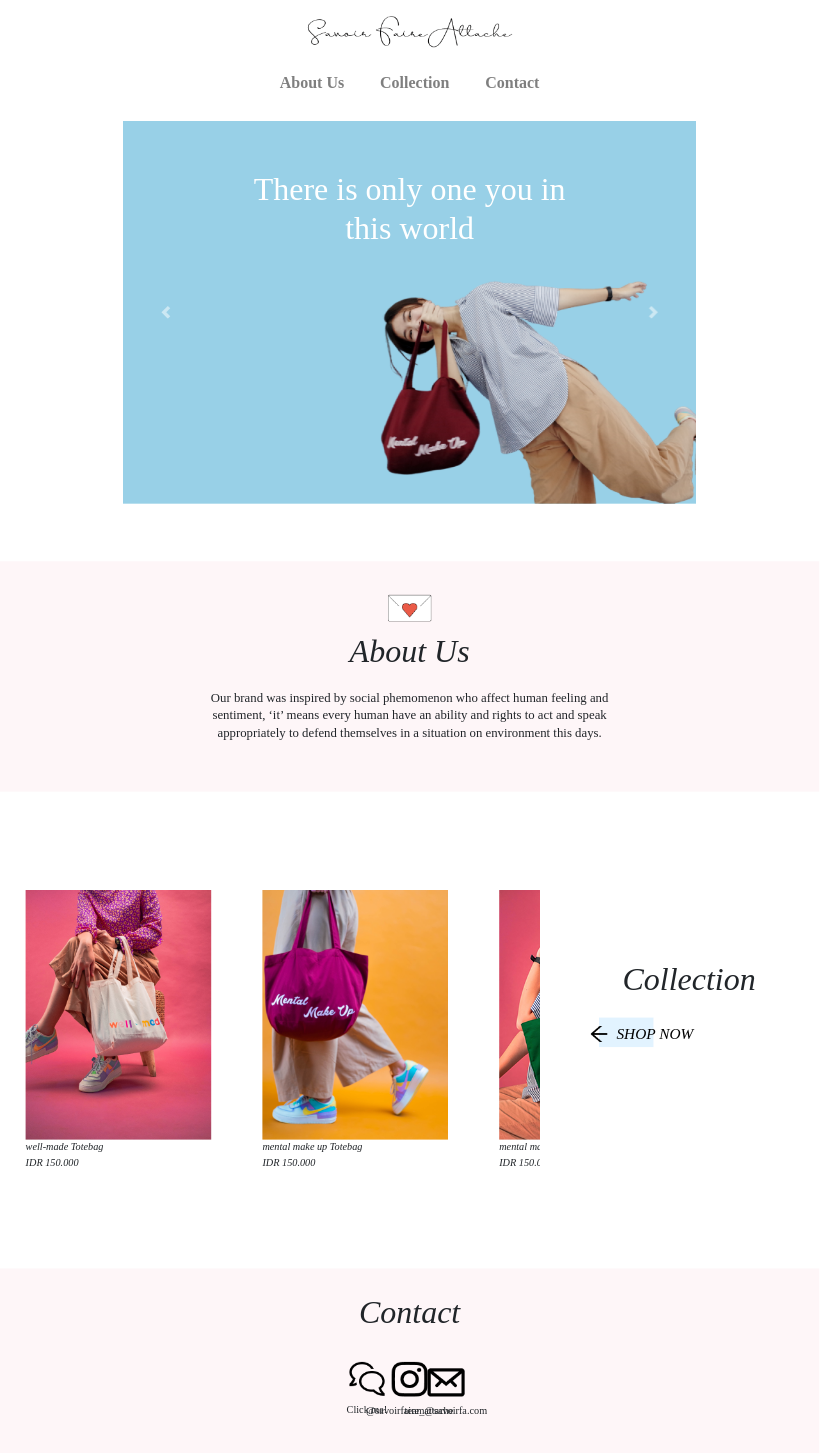
Repository: bismowibi/savoir
Page: index.html
The author's editor kept a copy of each file at every save. The page is drawn from the files as they stood at one save, then again after a run of saves.
The browser window is 1280 px wide. The page is 1295 px wide, so the pictures cover 1295 px, including what lies to the right of the window. The pictures show the whole page, at 64% of full size.
Some web fonts or font styles are not loaded; a fallback is used. Some web libraries are served in a nearby version.

Above is the page before, as saved 2020-04-05 02:03:04.

### index.html
<!doctype html>
<html lang="en">

<head>
  <title>Title</title>
  <!-- Required meta tags -->
  <meta charset="utf-8">
  <meta name="viewport" content="width=device-width, initial-scale=1, shrink-to-fit=no">
  <!-- Internal CSS -->
  <link rel="stylesheet" href="style.css">
  <!-- Bootstrap CSS -->
  <link rel="stylesheet" href="https://stackpath.bootstrapcdn.com/bootstrap/4.3.1/css/bootstrap.min.css"
    integrity="sha384-ggOyR0iXCbMQv3Xipma34MD+dH/1fQ784/j6cY/iJTQUOhcWr7x9JvoRxT2MZw1T" crossorigin="anonymous">
  <!-- Font Face GT -->
  <link href="https://db.onlinewebfonts.com/c/4417812509ea84242dcf790e829ca350?family=GT+Walsheim+Pro+Regular" rel="stylesheet" type="text/css"/>
    <!-- Icon -->
  <script src="https://kit.fontawesome.com/c5d0666ee9.js" crossorigin="anonymous"></script>
</head>

<body>

  <!-- Optional JavaScript -->
  <!-- jQuery first, then Popper.js, then Bootstrap JS -->
  <script src="https://code.jquery.com/jquery-3.3.1.slim.min.js"
    integrity="sha384-q8i/X+965DzO0rT7abK41JStQIAqVgRVzpbzo5smXKp4YfRvH+8abtTE1Pi6jizo" crossorigin="anonymous">
  </script>
  <script src="https://cdnjs.cloudflare.com/ajax/libs/popper.js/1.14.7/umd/popper.min.js"
    integrity="sha384-UO2eT0CpHqdSJQ6hJty5KVphtPhzWj9WO1clHTMGa3JDZwrnQq4sF86dIHNDz0W1" crossorigin="anonymous">
  </script>
  <script src="https://stackpath.bootstrapcdn.com/bootstrap/4.3.1/js/bootstrap.min.js"
    integrity="sha384-JjSmVgyd0p3pXB1rRibZUAYoIIy6OrQ6VrjIEaFf/nJGzIxFDsf4x0xIM+B07jRM" crossorigin="anonymous">
  </script>

  <section id="title">
    <div class="container-fluid">

      <!-- Header-logo -->
      <header id="site-header">
        <!-- <h5>Sfa</h5> -->
        <img src="Photos/savoir.png" alt="">
      </header>

      <!-- Navigation Bar -->
      <nav class="navbar navbar-expand-lg navbar-light">
        <a class="navbar-brand d-block d-sm-block d-md-bock d-lg-none navbar-right" style="float: none;"
          href="#">Sfa</a>

        <!-- Navbar Collapse Button -->
        <button class="navbar-toggler" type="button" data-toggle="collapse" data-target="#navbarTogglerDemo02"
          aria-controls="navbarTogglerDemo02" aria-expanded="false" aria- label="Toggle navigation">
          <span class="navbar-toggler-icon"></span>
        </button>

        <!-- Navbar Menu -->
        <div class="collapse navbar-collapse" id="navbarTogglerDemo02">
          <ul class="navbar-nav mx-auto">
            <li class="nav-item"><a class="nav-link" href="#about-us">About Us</a></li>
            <li class="nav-item"><a class="nav-link" href="#collection">Collection</a></li>
            <li class="nav-item"><a class="nav-link" href="#contact">Contact</a></li>
          </ul>
      </nav>
  </section>

  <!-- Home  -->
  <section id="home">
    <!-- <div class="container"> -->
    <div id="carouselExampleControls" class="carousel slide" data-ride="carousel" data-interval="0">
      <div class="carousel-inner">
        <!-- Card 1  -->
        <div class="carousel-item active">
          <div class="row card-1">
            <div class="col-lg-12">
              <h2 class="text-center">There is only one you in <br>this world</h2>
            </div>
            <div class="col-lg-12">
              <img class="img-card-1" src="/Photos/card-1.png" alt="">
            </div>
          </div>
        </div>
        <!-- Card 2  -->
        <div class="carousel-item">
          <div class="row card-2">
            <div class="col-lg-6">
              <img class="img-card-2" src="/Photos/card-2.png" alt="">
            </div>
            <div class="col-lg-6">
              <h2>Chic and <br>Colourful</h2>
            </div>
          </div>
        </div>
        <!-- Card 3 -->
        <div class="carousel-item">
          <div class="row card-3">
            <div class="col-lg-6">
              <h2>Savoir Faire Attache</h2>
            </div>
            <div class="col-lg-6">
              <img class="img-card-3" src="/Photos/card-3.png" alt="">
            </div>
          </div>
        </div>
        <!-- Card 4 -->
        <div class="carousel-item">
          <div class="row card-4">
            <div class="col-lg-6">
              <h2>Grab yours now!</h2>
            </div>
            <div class="col-lg-6">
              <img class="img-card-4" src="/Photos/card-4-n.png" alt="">
            </div>
          </div>
        </div>
      </div>
      <!-- Button Slider  -->
      <a class="carousel-control-prev" href="#carouselExampleControls" role="button" data-slide="prev">
        <span class="carousel-control-prev-icon" aria-hidden="true"></span>
        <span class="sr-only">Previous</span>
      </a>
      <a class="carousel-control-next" href="#carouselExampleControls" role="button" data-slide="next">
        <span class="carousel-control-next-icon" aria-hidden="true"></span>
        <span class="sr-only">Next</span>
      </a>
    </div>
    </div>
  </section>

  <section id="about-us">
    <div class="container-fluid">
      <div class="row text-center">
        <div class="col-about col-lg-12 ">
          <img class="love-letter" src="/Photos/love-letter.png" alt="">
        </div>
        <div class="col-lg-12 text-center">
          <h2>About Us</h2>
          <p class="">Our brand was inspired by social phemomenon who affect human feeling and <br> sentiment, ‘it’ means every human have an ability and rights to act and speak <br>appropriately to defend themselves in a situation on environment this days. </p>
        </div>
      </div>
    </div>
    </div>
  </section>


  <!-- Collection -->
  <section id="collection">
    <!-- Scroling -->
    <div class="row scrolling-row">
      <div class="col-lg-8 sm-12">
        <div class="scrolling-wrapper-flexbox">
          <div class="card">
            <img src="/Photos/img-collect-1.png" alt="">
            <span>well-made Totebag <br>IDR 150.000<span>
          </div>
          <div class="card">
            <img src="/Photos/img-collect-2.png" alt="">
            <span>mental make up Totebag <br>IDR 150.000<span>
          </div>
          <div class="card">
            <img src="/Photos/img-collect-3.png" alt="">
            <span>mental make up Totebag <br>IDR 150.000<span>
          </div>
          <div class="card">
            <img src="/Photos/img-collect-4.png" alt="">
            <span>amore Totebag <br>IDR 150.000<span>
          </div>
        </div>
      </div>
      <div class="shop-now col-lg-4 sm-12">
        <h1 class="text-center">Collection</h1>
        <div class="arrow">
          <img class="img-arrow" src="/Photos/arrow-biru.png" alt="">
          <a href="https://linktr.ee/savoirfaire_attache" target="_blank">
            <h4> SHOP NOW</h4>
          </a>
        </div>

      </div>
      </di>

  </section>

  <section id="contact">
  <div class="container-fluid">
    <div class="row text-center">
      <div class="col-lg-12">
        <h2>Contact</h2>
      </div>
      <div class="col-lg-4 contact-icon line">
        <img class="icon" src="Photos/text-icon.png" alt="">
        <p class="icon-text">Click me!</p>
      </div>
      <div class="col-lg-4 contact-icon ig">
        <img src="Photos/ig-icon-2.png" alt="">
        <p>@savoirfaire_attache</p>
      </div>
      <div class="col-lg-4 contact-icon mail">
        <img src="Photos/mail-icon-1.png" alt="">
        <p class="ig-text">team@savoirfa.com</p>
      </div>


    </div>


  </div>





  </section>











</body>

</html>

### style.css
/* Header - Logo */
#site-header {
    text-align: center;
    padding-top: 2%;
    font-family: "BeautyDream";
    font-size: 30px;
}

#site-header h5 {
    font-size: 30px;
}

#title{
    padding-bottom: 2%;
}

/* Home Card Background */
.card-1 {
    background-color: #98D0E7;
}

.card-2 {
    background-color: #D54C63;
}

.card-3 {
    background-color: #FECF70;
}

.card-4 {
    background-color: #F7E6D8;
}

/* Home */
#home {
    padding: 0% 15% 7%;
}

#carouselExampleControls h2 {
    font-family: "Futura";
    font-size: 50px;
    position: relative;
}

/* Card 1  */
.img-card-1 {
    position: relative;
    left: 35%;
    height: 470px;
}

.card-1 h2 {
    top: 60%;
    color: white;
}

/* Card 2 */
.img-card-2 {
    position: relative;
    left: 25%;
}

.card-2 h2 {
    color: #ffff;
    top: 40%;
    left: 10%;
}

/* Card 3 */
.card-3 h2 {
    color: #9C7C62;
    top: 35%;
    left: 23%;
}

/* Card-4 */
.card-4 h2 {
    left: 30%;
    top: 20%;
    color: #D54C63;
}

.img-card-4{

}
/* About Us */
#about-us {
    background-color: #FEF6F8;
    height: 360px;
    /* text-align: center; */
    padding: 3% 15% 3%;
    font-family: "GTWalsheimProRegular";
}

#about-us p{
    font-size: 20px;
    line-height: 27px;
    margin-top:30px;
}

#about-us h2 {
    font-family: Futura;
    font-style: italic;
    font-weight: 500;
    font-size: 50px;
}


/* Collection */

#collection {
    padding-top: 12%;
    padding-bottom:12%;
    font-family: "Futura";
    font-weight: 500;
    font-style: italic;
}

.scrolling-wrapper-flexbox {
    display: flex;
    flex-wrap: nowrap;
    overflow-x: auto;


}

.scrolling-wrapper-flexbox::-webkit-scrollbar {
    display: none;

}


.card {
    flex: 0 0 auto;
    /* height: 290px;
    width: 390px; */
    margin-left: 40px;
    margin-right: 40px;
    border: none !important;

}

#collection h1 {
    font-size: 50px;
    margin-top: 110px;

}

.arrow {
    margin-left: 45px;
    margin-top: 30px;

}

.arrow h4 {
    left: 24%;
    position: absolute;
    top: 48%;
}

#collection a {
    color: black;
}

#collection a:hover {
    color: #d24967;
}


#contact{
    padding: 3% 0%;
    background-color: #FEF6F8 ;
    font-family: "Futura";
}

#contact h2{
    font-size: 50px;
    font-style: italic;
}

.contact-icon{
    padding-top:40px;
}



.line{
    left:360px;
}

.mail{
    right: 370px;
    top: 10px;
}

#contact p{
    margin-top: 10px;
    di

}

 .icon-text {

}



/* Mobile Version */
@media only screen and (max-width:990px) {
    #site-header {
        display: none;
    }
}

/* Navigation Bar */
.navbar-nav>li {
    padding-left: 20px;
    padding-right: 20px;
    font-family: "GT Walsheim Pro Regular";
    font-weight: bold;
    font-size:25px;
    margin-top:20px;
}

.navbar-brand {
    font-family: "BeautyDream";
    font-size: 2rem !important;
}



@media only screen and (max-width:990px) {
    #home {
        padding: 0 0 0 0 !important;
    }
    .navbar-nav>li{
        font-size:15px;
    }
    /* Heading 2 Mobile */
    #carouselExampleControls h2 {
        font-size: 30px;
        text-align: center;
        display: flex;
        flex-direction: column;
        left: 27%;
    }

    #carouselExampleControls br{
        display: none;
    }



    /* Card 1 Mobile */
    .img-card-1 {
        height: 448px;
        position: relative;
        left: 4%;

    }

    /* Card 2 Mobile */
    .img-card-2 {
        position: relative;
        top: 30%;
        left: 10%;
        width: 80%;
    }

    .card-2 h2 {
        top: -490%
    }

    /* Card 3 Mobile */
    .card-3 h2 {
        top: 70% !important;
    }

    .img-card-3 {
        width: 80%;
        position: relative;
        left: 10%;
        top: 7%;

    }

    /* Card 4 Mobile */
    .img-card-4 {
        width: 81.5%;
        left: 10%;
        position: relative;
        top: 5%;
    }

    .card-3 h2 {

        top: 45%;
    }


    /* About Us Mobile Ver */
    #about-us {
        margin-top: 20%;
        padding-left: 0%;
        padding-right: 0%;
    }

    #about-us br{
        display: none;
    }

    #about-us h2 {
        font-size: 30px;
    }

    #about-us p {
        font-size: 15px;
        line-height: 24px;
    }

    /* Collection  Mobile Ver*/
    #collection {
        padding-top: 20%;
    }

    #collection h1 {
        font-size: 30px;
        margin-top: 0;

    }

    .arrow h4 {
        font-size: 15px;
        ;
        left: 30%;

    }

    .scrolling-row {
        display: flex;
        flex-direction: column-reverse;
    }

    .img-arrow {
        left: 5%;
        position: relative;
        margin-bottom: 13%;
    }
}

}

/* Font  */



@font-face{

    font-family: 'GTWalsheimProRegular';
    src: url('Font/GTWalsheimPro-Regular.eot');
    src: url('Font/GTWalsheimPro-Regular.eot?#iefix') format('embedded-opentype'),
         url('Font/GTWalsheimPro-Regular.woff2') format('woff2'),
         url('Font/GTWalsheimPro-Regular.woff') format('woff'),
         url('Font/GTWalsheimPro-Regular.svg#GTWalsheimPro-Regular') format('svg');
    font-weight: normal;
    font-style: normal;

    }


@font-face {

    font-family: 'BeautyDream';
    src: url('Font/Beauty-Dream.eot');
    src: url('Font/Beauty-Dream.eot?#iefix') format('embedded-opentype'),
         url('Font/Beauty-Dream.woff2') format('woff2'),
         url('Font/Beauty-Dream.woff') format('woff'),
         url('Font/Beauty-Dream.svg#Beauty-Dream') format('svg');
    font-weight: normal;
    font-style: normal;

    }
    @import url(https://db.onlinewebfonts.com/c/4417812509ea84242dcf790e829ca350?family=GT+Walsheim+Pro+Regular);

    @font-face {font-family: "GT Walsheim Pro Regular"; src: url("https://db.onlinewebfonts.com/t/4417812509ea84242dcf790e829ca350.eot"); src: url("https://db.onlinewebfonts.com/t/4417812509ea84242dcf790e829ca350.eot?#iefix") format("embedded-opentype"), url("https://db.onlinewebfonts.com/t/4417812509ea84242dcf790e829ca350.woff2") format("woff2"), url("https://db.onlinewebfonts.com/t/4417812509ea84242dcf790e829ca350.woff") format("woff"), url("https://db.onlinewebfonts.com/t/4417812509ea84242dcf790e829ca350.ttf") format("truetype"), url("https://db.onlinewebfonts.com/t/4417812509ea84242dcf790e829ca350.svg#GT Walsheim Pro Regular") format("svg"); }

After the next 3 saves:
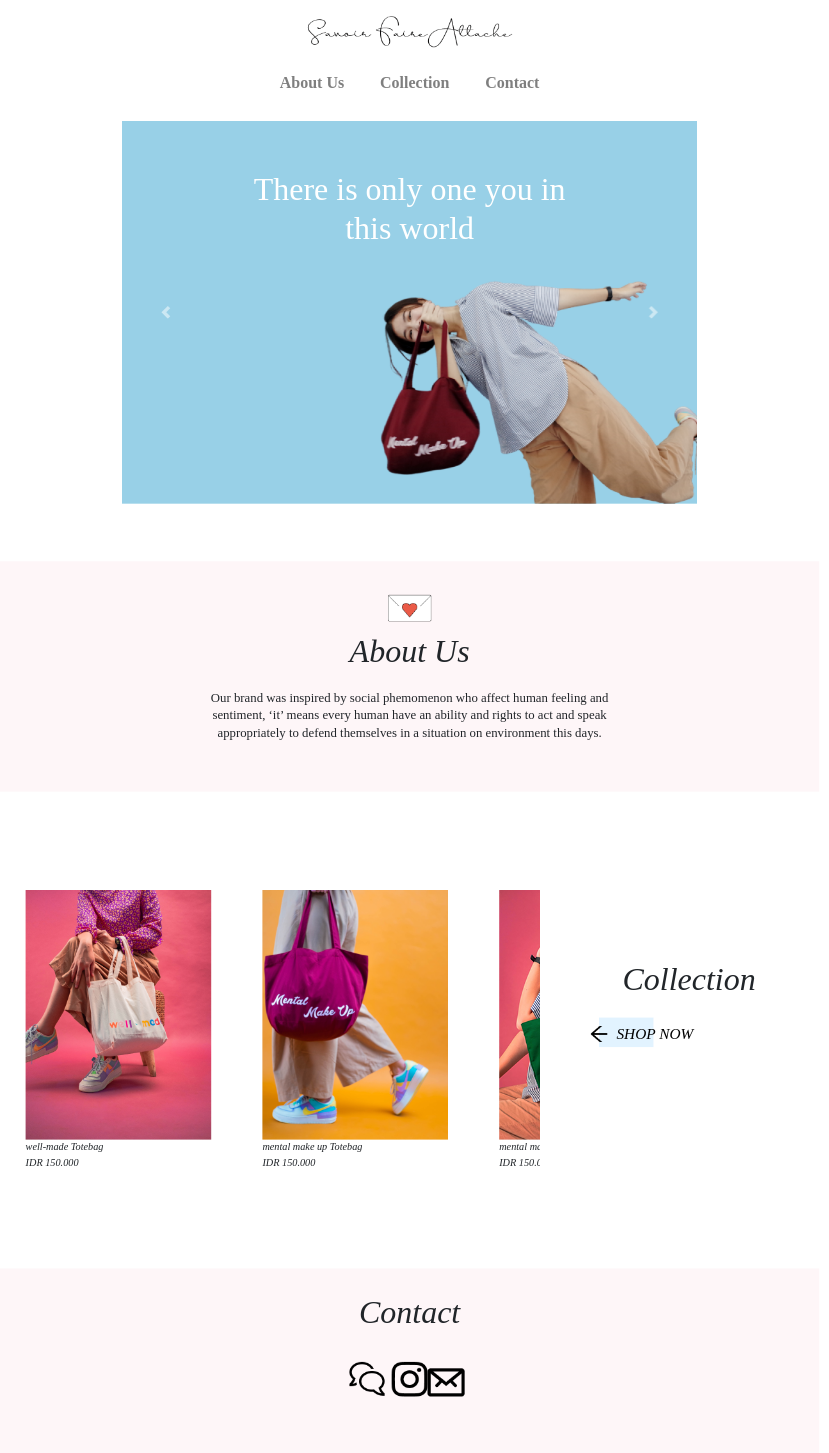
The 3 saves are shown as one change because they came seconds apart.
The last was saved 6 s later.
--- a/style.css
+++ b/style.css
@@ -195,7 +195,7 @@
 
 #contact p{
     margin-top: 10px;
-    di
+    opacity: 0;
 
 }
 
